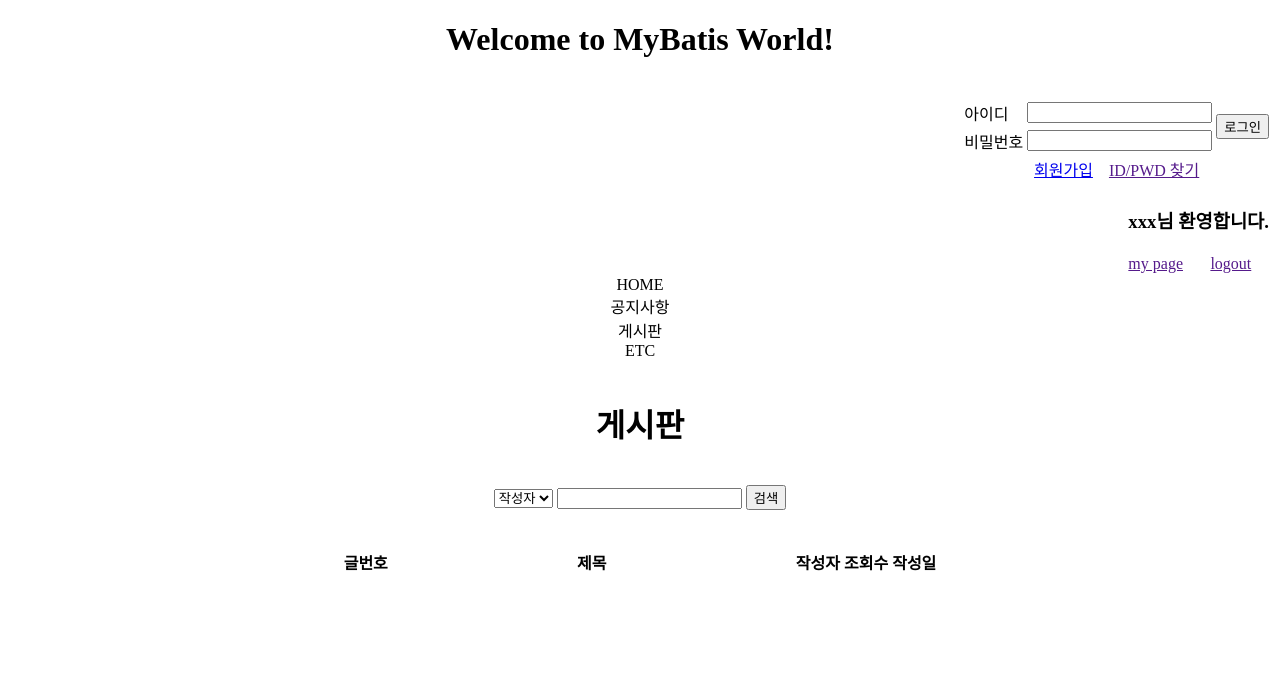
Repository: BrianH29/BH_mybatis_workspace
Page: http://localhost/mybatisProject/WEB-INF/views/board/boardListView.jsp
An editor plug-in stored every save of this project. The page is shown before and after the next save, followed by the edit.
The browser window is 1280 px wide. The pictures show the whole page.
The page is served by Tomcat 9. Nobody is signed in. Other server files are loaded and not shown. The template is opened directly, without the code that normally fills it, so the values that code supplies are empty.

Above is the page before, as saved 2020-10-16 05:41:39.
Console error: ReferenceError: $ is not defined

### mybatisProject/webapp/WEB-INF/views/board/boardListView.jsp
<%@ page language="java" contentType="text/html; charset=UTF-8"
    pageEncoding="UTF-8"%>
<%@ taglib prefix="c" uri="http://java.sun.com/jsp/jstl/core" %>
<!DOCTYPE html>
<html>
<head>
<meta charset="UTF-8">
<title>Insert title here</title>
<style>
#list-area {
	border: 1px solid white;
	text-align: center;
}

#list-area>tbody>tr:hover {
	background: darkgrey;
	cursor: pointer;
}

#paging-area a {
	color: white;
	text-decoration: none;
}
</style>
</head>
<body>
	<jsp:include page="../common/menubar.jsp" />

    <div class="outer">
      <br />
      <h1 align="center">게시판</h1>
      <br />

      <!--검색영역-->
      <div id="search-area" align="center">
        <form action="search.bo">
        <input type="hidden" name="currentPage" value="1"> <!-- name=key값 value=키의 값 -->
          <select name="condition">
            <option value="writer">작성자</option>
            <option value="title">제목</option>
            <option value="content">내용</option>
          </select>
          <input type="text" name="keyword" value="${ keyword }"/>
          <button type="submit">검색</button>
        </form>
      </div>

      <script>
      		$(function(){
      			$("#search-area option[value=${condition}]").attr("selected", true);
      		});
      </script>

      <br /><br />

      <table id="list-area" align="center">
        <thead>
          <tr>
            <th>글번호</th>
            <th width="400">제목</th>
            <th>작성자</th>
            <th>조회수</th>
            <th>작성일</th>
          </tr>
        </thead>
        <tbody>
        <c:forEach var="b" items="${list }">
	          <tr>
	            <td>${b.boardNo }</td>
	            <td>${b.boardTitle }</td>
	            <td>${b.boardWriter }</td>
	            <td>${b.count }</td>
	            <td>${b.createDate }</td>
	          </tr>
          </c:forEach>
        </tbody>
      </table>
      <script>
      	$(function(){
      			$("#list-area tbody tr").click(function(){
      				location.href="detail.bo?bno=" + $(this).children().eq(0).text();
      				//$(this).children().eq(0).text() tr안에 children == td 이고 그중에서 첫번쨰 b.boardNo 의 값을 받기 위해 text()
      				//html()로 하면 tag까지 다 넘어옴.
      			});
      	});
      </script>
      <br /><br />

		<div id="paging-area" align="center">
			<c:if test="${ pi.currentPage ne 1}">
				<a href="list.bo?currentPage=${ pi.currentPage - 1 }">[이전]</a>
			</c:if>
			<c:forEach var="p" begin="${ pi.startPage }" end="${ pi.endPage }">
				<c:choose>
					<c:when test="${pi.currentPage ne p}">
						<c:choose>
							<c:when test="${empty sc }">
								<!-- 검색하기 전에 요청할 url -->
								<a href="list.bo?currentPage=${p }">[${ p }]</a>
							</c:when>
							<c:otherwise>

								<c:url var="searchUrl" value="search.bo">
									<c:param name="currentPage" value="${ p }" />
									<c:param name="condition" value="${ condition }" />
									<c:param name="keyword" value="${ keyword }" />
								</c:url>
								<!-- 검색 후 요청할 url 위의 코드로 길이를 줄일수 있다.-->
								<!-- <a href="search.bo?currentPage=${ p }&condition=${condition}&keyword=${keyword}">[${ p }]</a> -->
								<a href="${searchUrl }">[${ p }]</a>
							</c:otherwise>
						</c:choose>
					</c:when>
					<c:otherwise>
						<font color="red" size="4">[${ p }]</font>
					</c:otherwise>
				</c:choose>
			</c:forEach>
			<c:if test="${pi.currentPage ne pi.maxPage }">
				<a href="list.bo?currentPage=${pi.currentPage + 1 }">[다음]</a>
			</c:if>
		</div>
		<br /><br />
    </div>
</body>
</html>

### mybatisProject/webapp/WEB-INF/views/common/menubar.jsp
<%@ page language="java" contentType="text/html; charset=UTF-8"
    pageEncoding="UTF-8"%>
<%@ taglib prefix="c" uri="http://java.sun.com/jsp/jstl/core" %>
<!DOCTYPE html>
<html>
<head>
<meta charset="UTF-8">
<title>Insert title here</title>
</head>
<body>
	<h1 align="center">Welcome to MyBatis World!</h1>
    <br />

    <div class="login-area" align="right">
      <!-- 1. 로그인 요청전 보여질 폼 -->

      <form action="login.me" method="post">
        <table>
          <tr>
            <td>아이디</td>
            <td><input type="text" name="userId" /></td>
            <td rowspan="2"><button type="submit">로그인</button></td>
          </tr>
          <tr>
            <td>비밀번호</td>
            <td><input type="password" name="userPwd" /></td>
          </tr>
          <tr>
            <td colspan="3" align="center">
              <a href="enrollForm.me">회원가입</a> &nbsp;&nbsp;
              <a href="">ID/PWD 찾기</a>
            </td>
          </tr>
        </table>
      </form>

      <!-- 2. 로그인 성공후 보요질 div -->
      <div>
        <table>
          <tr>
            <td colspan="2">
              <h3>xxx님 환영합니다.</h3>
            </td>
          </tr>
          <tr>
            <td><a href="">my page</a></td>
            <td><a href="">logout</a></td>
          </tr>
        </table>
      </div>
    </div>

    <div class="nav-area" align="center">
      <div class="menu">HOME</div>
      <div class="menu">공지사항</div>
      <div class="menu">게시판</div>
      <div class="menu">ETC</div>
    </div>
</body>
</html>

After the next save:
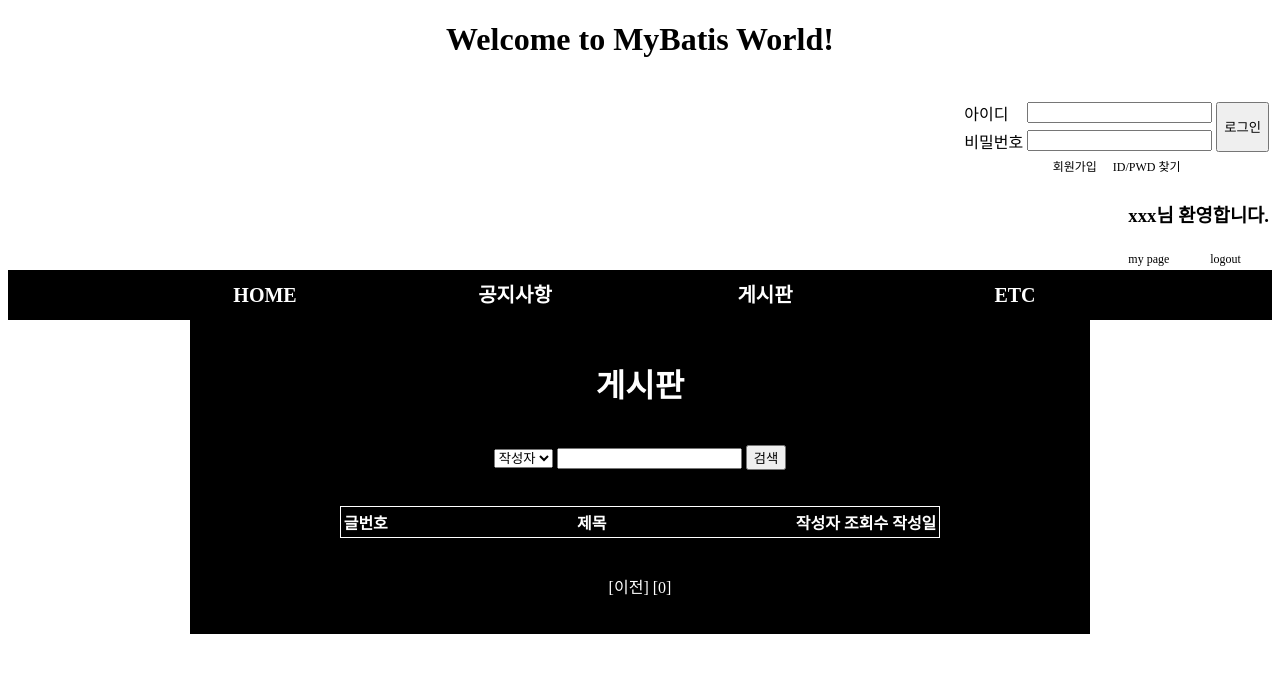
Saved 16 s later.
--- a/mybatisProject/webapp/WEB-INF/views/common/menubar.jsp
+++ b/mybatisProject/webapp/WEB-INF/views/common/menubar.jsp
@@ -6,6 +6,42 @@
 <head>
 <meta charset="UTF-8">
 <title>Insert title here</title>
+    <style>
+      .login-area a {
+        text-decoration: none;
+        color: black;
+        font-size: 12px;
+      }
+      .login-area button[type="submit"] {
+        height: 50px;
+      }
+
+      .nav-area {
+        background: black;
+        color: white;
+        height: 50px;
+      }
+      .menu {
+        display: table-cell;
+        width: 250px;
+        height: 50px;
+        font-size: 20px;
+        line-height: 50px;
+        font-weight: bold;
+      }
+      .menu:hover {
+        cursor: pointer;
+        background: darkgrey;
+      }
+
+      .outer {
+        background: black;
+        color: white;
+        margin-top: 50px;
+        width: 900px;
+        margin: auto;
+      }
+    </style>
 </head>
 <body>
 	<h1 align="center">Welcome to MyBatis World!</h1>
